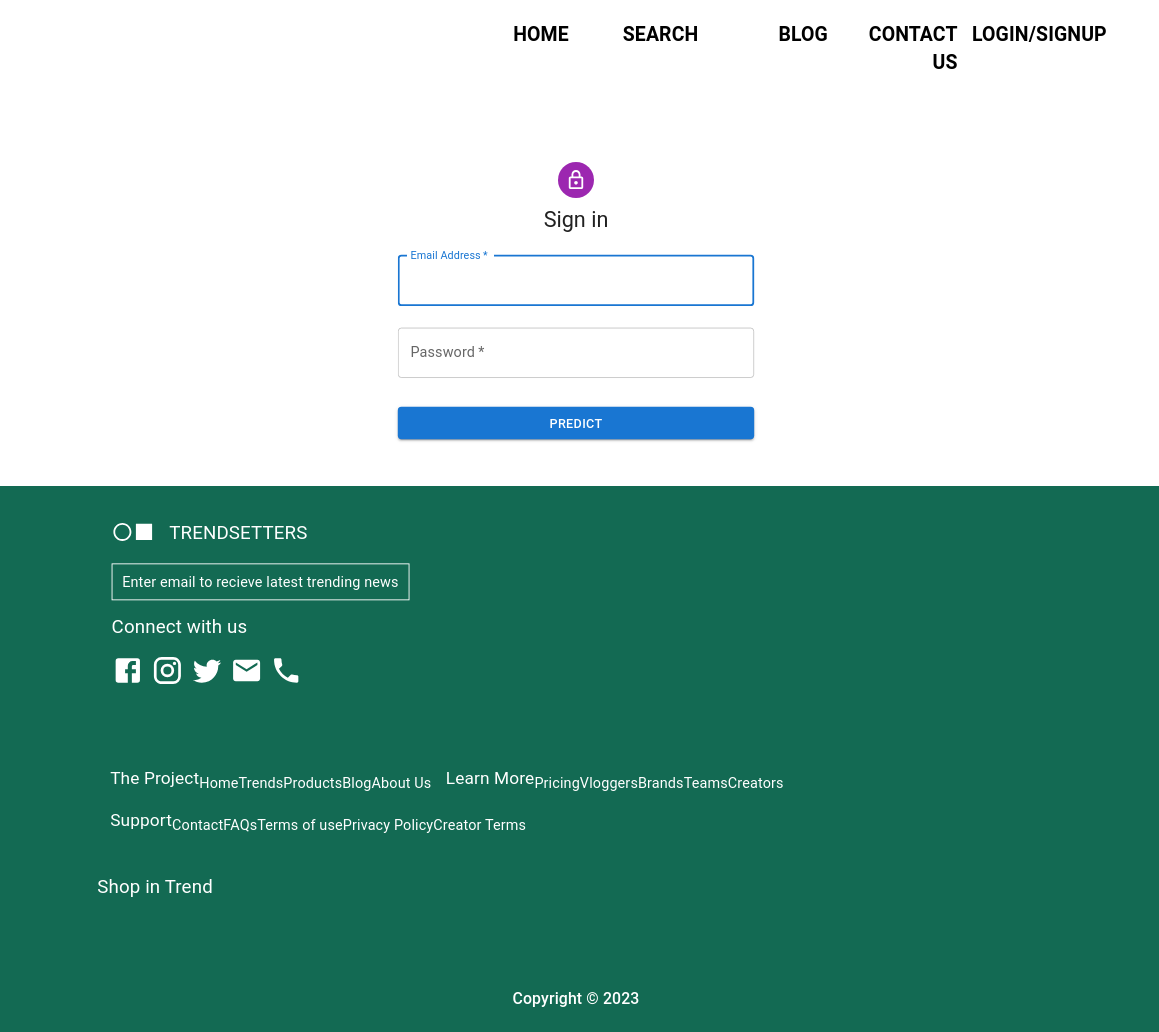
Repository: PRACHIP09/TRINIT_PICO-ZEN_DEV03
Page: /submitform
An editor plug-in stored every save of this project. The page is shown before and after the next save, followed by the edit.
The browser window is 1280 px wide. The page is 1288 px wide, so the pictures cover 1288 px, including what lies to the right of the window. The pictures show the whole page, at 90% of full size.
Pictures or frames that could not be fetched are drawn as grey boxes. Some web fonts or font styles are not loaded; a fallback is used. The project was rebuilt for these pictures with package versions that can differ from the ones it lists, and the page was loaded fresh each time. Some packages were replaced by stand-ins written for this rebuild. Also part of the build but not shown: src/App.css, src/Pages/Login.jsx, src/Pages/HomePage.jsx, src/Pages/Signup.jsx, src/Pages/Contact.jsx, src/Components/ChatBot/Chatbot.jsx, src/Components/ChatBot/Footer.jsx, src/Components/Farmernavbar/Mobilenavbar.jsx and 29 more.

Above is the page before, as saved 2023-02-11 19:27:42.

After the next save:
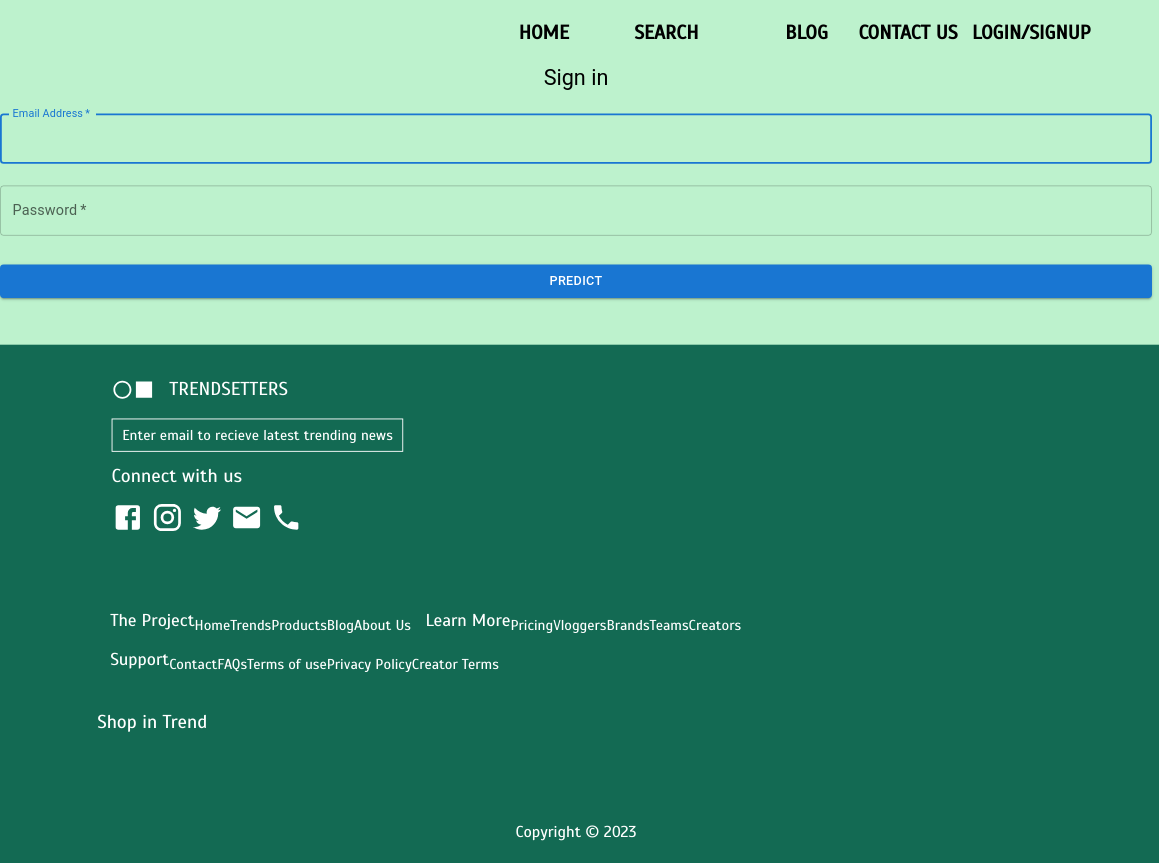
Saved 68 s later.
--- a/src/Pages/Farmers/SubmitForm.jsx
+++ b/src/Pages/Farmers/SubmitForm.jsx
@@ -13,18 +13,6 @@
 import Container from '@mui/material/Container';
 import { createTheme, ThemeProvider } from '@mui/material/styles';
 
-function Copyright(props) {
-  return (
-    <Typography variant="body2" color="text.secondary" align="center" {...props}>
-      {'Copyright © '}
-      <Link color="inherit" href="https://mui.com/">
-        Your Website
-      </Link>{' '}
-      {new Date().getFullYear()}
-      {'.'}
-    </Typography>
-  );
-}
 
 const theme = createTheme();
 
@@ -40,19 +28,6 @@
 
   return (
     <ThemeProvider theme={theme}>
-      <Container component="main" maxWidth="xs">
-        <CssBaseline />
-        <Box
-          sx={{
-            marginTop: 8,
-            display: 'flex',
-            flexDirection: 'column',
-            alignItems: 'center',
-          }}
-        >
-          <Avatar sx={{ m: 1, bgcolor: 'secondary.main' }}>
-            <LockOutlinedIcon />
-          </Avatar>
           <Typography component="h1" variant="h5">
             Sign in
           </Typography>
@@ -87,9 +62,7 @@
             </Button>
 
           </Box>
-        </Box>
 
-      </Container>
     </ThemeProvider>
   );
 }

After the save that followed:
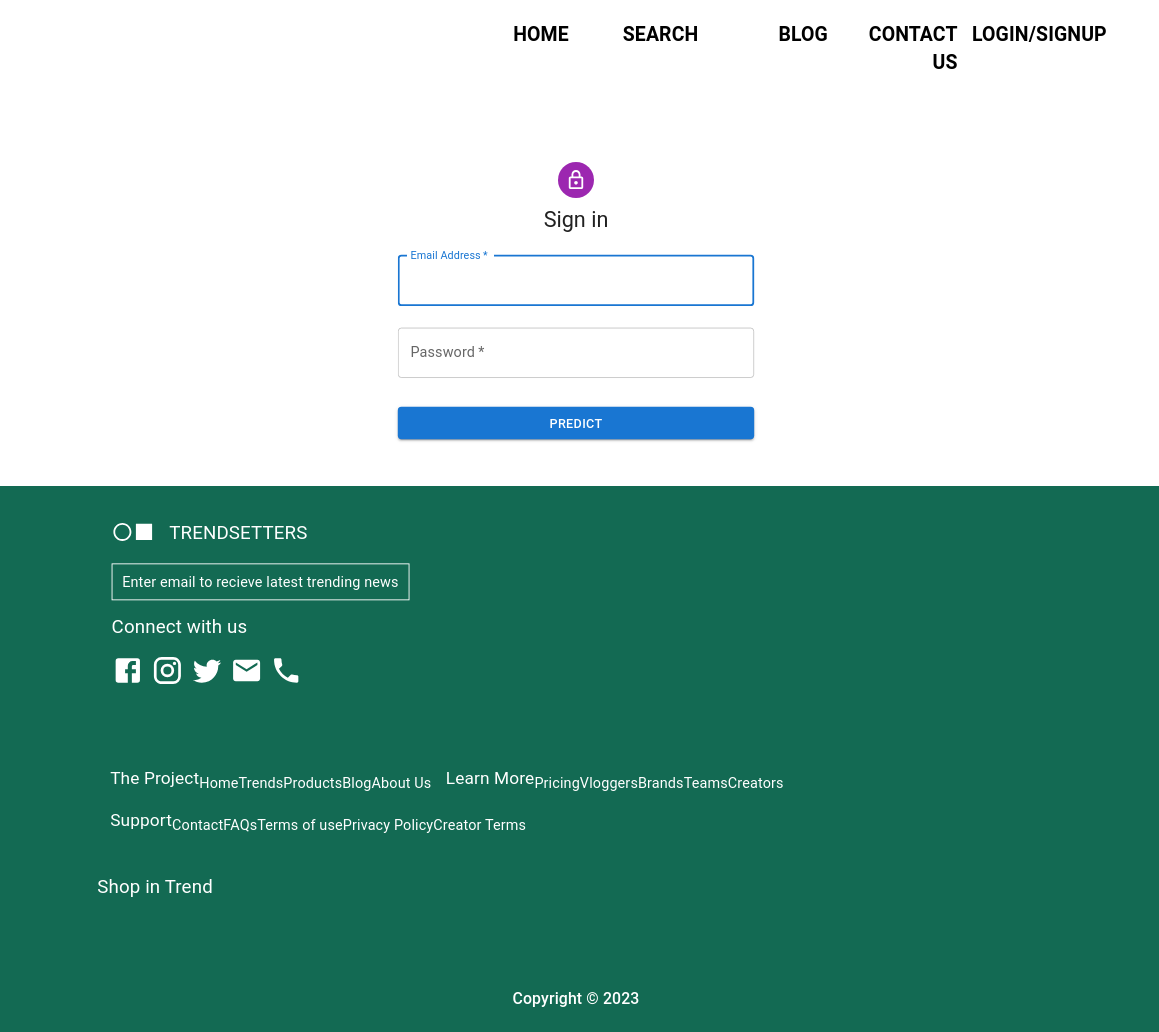
Saved 34 s later.
--- a/src/Pages/Farmers/SubmitForm.jsx
+++ b/src/Pages/Farmers/SubmitForm.jsx
@@ -28,6 +28,19 @@
 
   return (
     <ThemeProvider theme={theme}>
+      <Container component="main" maxWidth="xs">
+        <CssBaseline />
+        <Box
+          sx={{
+            marginTop: 8,
+            display: 'flex',
+            flexDirection: 'column',
+            alignItems: 'center',
+          }}
+        >
+          <Avatar sx={{ m: 1, bgcolor: 'secondary.main' }}>
+            <LockOutlinedIcon />
+          </Avatar>
           <Typography component="h1" variant="h5">
             Sign in
           </Typography>
@@ -62,7 +75,9 @@
             </Button>
 
           </Box>
+        </Box>
 
+      </Container>
     </ThemeProvider>
   );
 }
